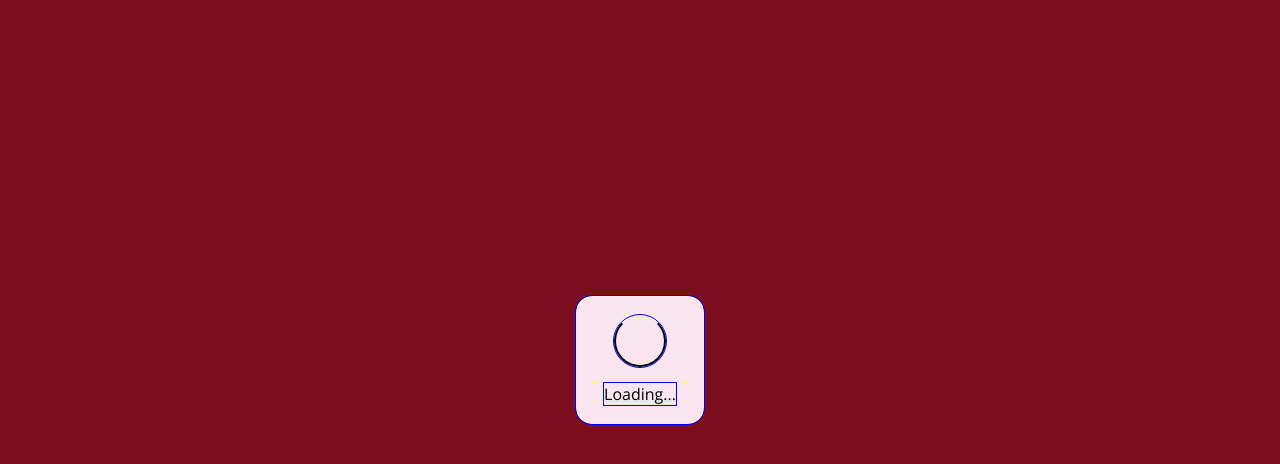
Repository: EguJaredoBoyd/Jared-Quote-Generator
Page: index.html
The author's editor kept a copy of each file at every save. The page is drawn from the files as they stood at one save, then again after the next save.
The browser window is 1280 px wide. The pictures show the whole page.
Some web libraries are served in a nearby version.

Above is the page before, as saved 2026-01-13 00:21:39.

After the next save:
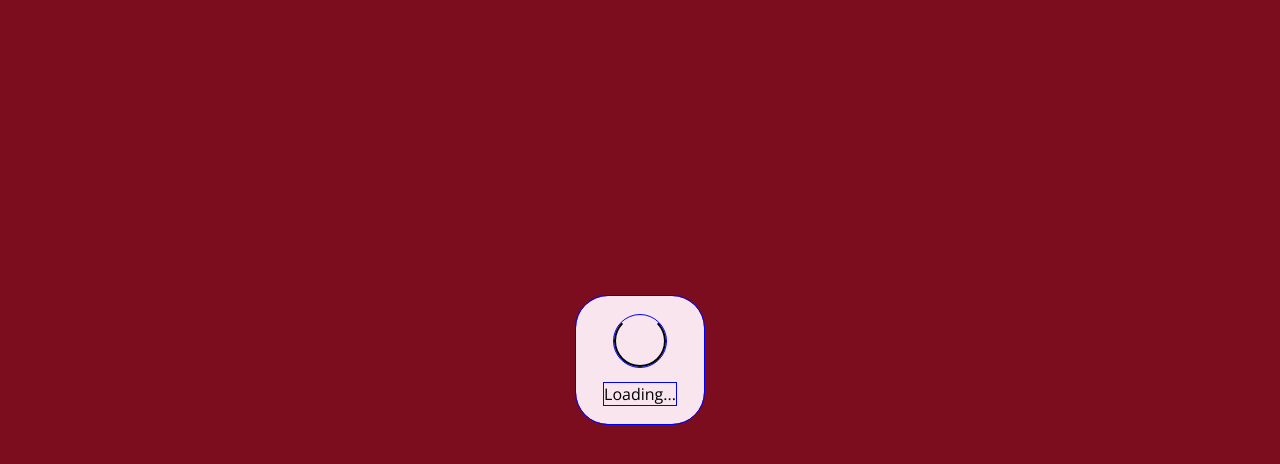
Saved 50 s later.
--- a/css/style.css
+++ b/css/style.css
@@ -40,7 +40,7 @@ html {
   row-gap: 1rem;
   height: 8rem;
   width: 8rem;
-  border-radius: 1rem;
+  border-radius: 2rem;
   background-color: var(--card-color);
   color: var(--text-color);
 }
